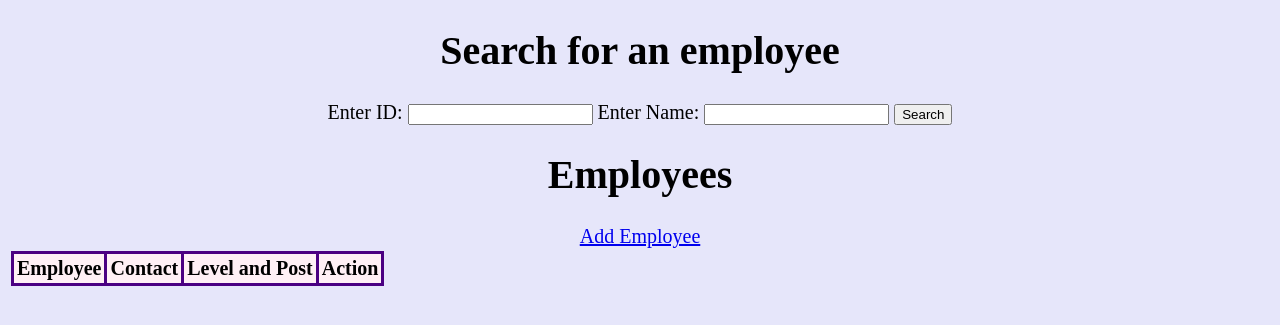
Repository: P9-Analyst-Java/employee-management-abhishekdatta12
Page: http://localhost/spring-expense-tracker/WEB-INF/views/home.jsp
An editor plug-in stored every save of this project. The page is shown before and after the next save, followed by the edit.
The browser window is 1280 px wide. The pictures show the whole page.
The page is served by Tomcat 9. Nobody is signed in. The template is opened directly, without the code that normally fills it, so the values that code supplies are empty.

Above is the page before, as saved 2023-02-21 05:18:55.

After the next save:
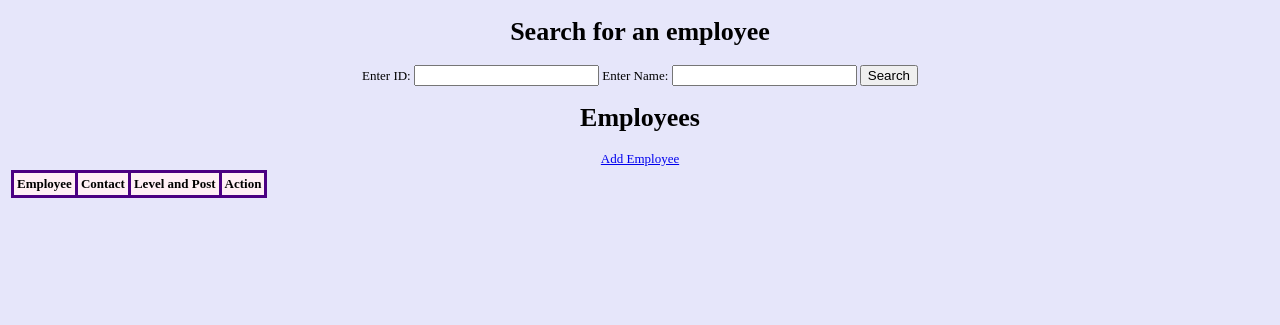
Saved 9 s later.
--- a/spring-portal/spring-expense-tracker/src/main/webapp/WEB-INF/views/home.jsp
+++ b/spring-portal/spring-expense-tracker/src/main/webapp/WEB-INF/views/home.jsp
@@ -8,7 +8,7 @@
 <head>
 <style type="text/css">
 body{
-	font-size: 20px;
+	font-size: 13px;
 	text-align: center;
 	background-color: lavender;
 }
